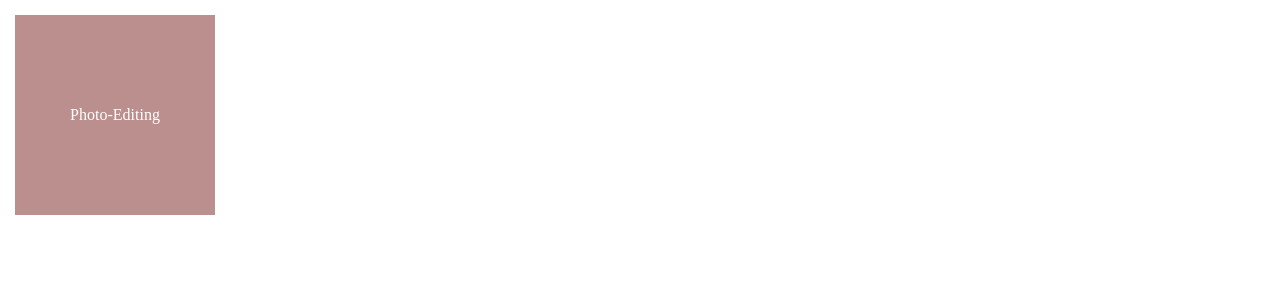
Repository: josephinel6/simple-editing
Page: index.html
An editor plug-in stored every save of this project. The page is shown before and after the next save, followed by the edit.
The browser window is 1280 px wide. The pictures show the whole page.
The page's requests for data from a server got no answer.

Above is the page before, as saved 2023-05-24 08:56:24.

### index.html
<html>

<head>
    <script src="https://ajax.googleapis.com/ajax/libs/jquery/3.6.4/jquery.min.js"></script>
    <link rel="stylesheet" href="style.css">
    <script src="script.js"></script>

    <style>
        .box {
            height: 200px;
            width: 200px;
            background-color: transparent;
            margin: 5px;
            display: inline-block;
        }

        .boxinside {
            position: relative;
            width: 100%;
            height: 100%;
            text-align: center;
            transition: transform 0.8s;
            transform-style: preserve-3d;
        }

        .box:hover .boxinside {
            transform: rotateY(180deg);
        }

        .box-front,
        .box-back {
            position: absolute;
            width: 100%;
            height: 100%;
            backface-visibility: hidden;
        }

        .box-front {
            color: white;
        }

        .box-back {
            background-color: lightgrey;
            color: black;
            transform: rotateY(180deg);
        }

        .tabcontent {
            padding: 10px;
        }
    </style>
</head>

<body>
    <div id="nav-placeholder"></div>
    <div class="tabcontent">
        <div class="box">
            <div class="boxinside" onclick="location.href='photos.html'">
                <div class="box-front"
                    style="display: flex; justify-content: center; align-items: center; background-color:rosybrown">
                    Photo-Editing </div>
                <div class="box-back" style="display: flex; justify-content: center; align-items: center">
                    Test </div>
            </div>
        </div>
    </div>
    <!-- <div class="box">
        <div class="boxinside" onclick="location.href = 'mathquiz.html'">
            <div class="box-front"
                style="display: flex; justify-content: center; align-items: center; background-color:plum">
                Math </div>
            <div class="box-back" style="display: flex; justify-content: center; align-items: center"> This is a
                math quiz </div>
        </div>
    </div>
    <div class="box">
        <div class="boxinside" onclick="location.href = 'createnewquiz.html'">
            <div class="box-front"
                style="display: flex; justify-content: center; align-items: center; background-color:plum; font-size: 50px">
                +
            </div>
            <div class="box-back" style="display: flex; justify-content: center; align-items: center"> Unavailable
            </div>
        </div>
    </div> -->

</body>

</html>

### style.css
body {
    margin: 0;
    padding: 0;
}

.tabcontent {
    /* margin-top: 7%; */
    height: 93%;
}

### script.js
$(function () {
    $("#nav-placeholder").load("https://josephinel6.github.io/simple-editing/navigation.html");
});

window.onload = function () {
    window.scrollTo(0, 0);
}

After the next save:
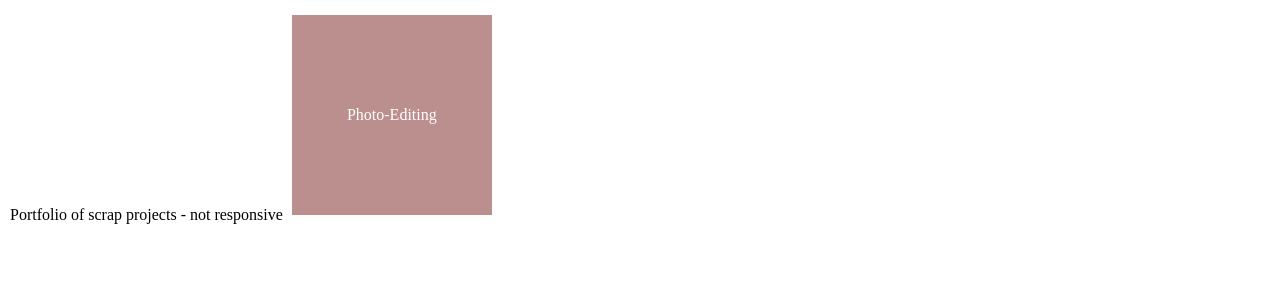
Saved 46 s later.
--- a/index.html
+++ b/index.html
@@ -54,6 +54,8 @@
 <body>
     <div id="nav-placeholder"></div>
     <div class="tabcontent">
+        Portfolio of scrap projects
+        - not responsive
         <div class="box">
             <div class="boxinside" onclick="location.href='photos.html'">
                 <div class="box-front"
